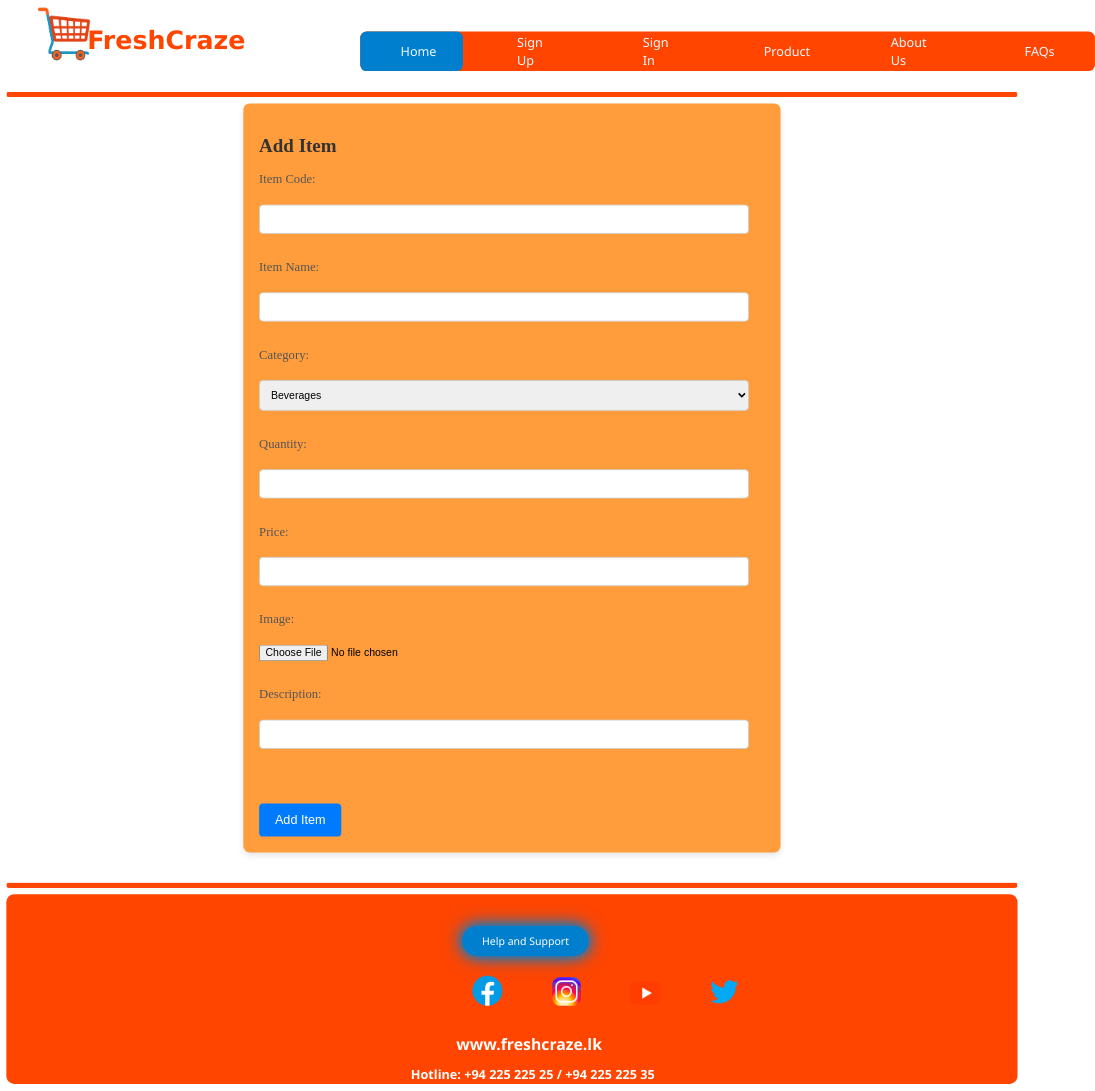
Repository: shanika2002/FreshCraze
Page: http://localhost/itemDem/updateItem.jsp
These files come from the project's save history. The page is drawn as it stood at one moment and after the next save; the edit follows.
The browser window is 1280 px wide. The page is 1386 px wide, so the pictures cover 1386 px, including what lies to the right of the window. The pictures show the whole page, at 79% of full size.
The page is served by Tomcat 9. Other server files are loaded and not shown.

Above is the page before, as saved 2024-05-11 06:48:13.

### itemDem/src/main/webapp/updateItem.jsp
<%@ page language="java" contentType="text/html; charset=ISO-8859-1"
    pageEncoding="ISO-8859-1"%>
<!DOCTYPE html>
<html>
<head>
<link rel = "stylesheet" href = "css/updateItem.css">
<meta charset="ISO-8859-1">
<title>Insert title here</title>
</head>
<body>

<img src="images\logo.png" class="logo" >

    <h1 class="logo_topic">FreshCraze</h1>

    <nav class="navbar">
        <a href="Home.jsp">Home</a>
        <a href="register.jsp">Sign Up</a>
        <a href="mainLogin.jsp">Sign In</a>
        <a href="addItem.jsp">Product</a>
        <a href="link">About Us</a>
        <a href="link">FAQs</a>
        <span></span>
    </nav>

<hr class="topic_line">


<div class="container">
<h2>Add Item</h2>
    <form action="updateItem" method="post" >
        <label for="item_code">Item Code:</label><br>
        <input type="text" id="item_code" name="itemCode" required value="${param.itemCode}"><br><br>

        <label for="item_name">Item Name:</label><br>
        <input type="text" id="item_name" name="itemName" required value="${param.itemName}"><br><br>

        <label for="category">Category:</label><br>
        <select id="category" name="category" required value="${param.category}">
            <option value="Beverages">Beverages</option>
            <option value="Choco & Snacks">Choco & Snacks</option>
            <option value="Food-Staples">Food-Staples</option>
            <option value="Laundry & Household">Laundry & Household</option>

        </select><br><br>

        <label for="quantity">Quantity:</label><br>
        <input type="number" id="quantity" name="quantity" min="0" required value="${param.quantity}"><br><br>

        <label for="price">Price:</label><br>
        <input type="text" id="price" name="price" required value="${param.price}"><br><br>

        <label for="image">Image:</label><br>
        <input type="file" id="image" name="image" value="${param.image}"><br><br>

        <label for="description">Description:</label><br>
        <input type="text" name="description"  required value="${param.description }"><br><br><br><br>

        <input type="submit" value="Add Item">
    </form>
</div>

<hr class="footer_line">

<div class="footer">
    <a href="link" target="_blank">
    <button type="button" class="help_button">Help and Support</button>
    </a>

    <div class="fb_icon">
        <a href="https://www.facebook.com/" target="_blank"><img src="images/facebook.png"></a>
    </div>

    <div class="insta_icon">
        <a href="https://www.instagram.com/" target="_blank"><img src="images/insta.png"></a>
    </div>

    <div class="twitt_icon">
        <a href="https://www.twitter.com/" target="_blank"><img src="images/Twitter.png"></a>
    </div>

    <div class="yt_icon">
        <a href="https://www.youtube.com/" target="_blank"><img src="images/yt.png"></a>
    </div>
</div>

<div class="contacts">
    <h1 class="link">www.freshcraze.lk</h1>
    <h1>Hotline: +94 225 225 25 / +94 225 225 35</h1>
</div>


</body>
</html>

### itemDem/src/main/webapp/css/updateItem.css
@charset "ISO-8859-1";

body{
    background-color: #ffffff;
    background-repeat: no-repeat;
    background-attachment: fixed;
    background-position: center;
    width: 100%;
}

.logo{
    width: 70px;
    height: 70px;
    margin-left: 3%;
}

.logo_topic{
    font-family: verdana;
    margin-left: 8%;
    margin-top: -3.9%;
    color: orangered;
}

.navbar{
    margin-left:35%;
    margin-top:-4%;
    padding: 0;
    box-sizing: border-box;
    font-family: 'Segoe UI';
    display: flex;
    justify-content:center;
    align-items: center;
    min-height: 5vh;

    position:relative;
    background-color: orangered;
    border-radius: 8px;
    width: 930px;
    height: 50px;
    display: flex;
}

nav a{
    position: relative;
    display: inline-block;
    font-size: 1em;
    font-weight: 500;
    color: aliceblue;
    text-decoration: none;
    padding: 51px;
    z-index: 1;
}

nav span{
    position: absolute;
    top: 0;
    left: 0;
    width: 130px;
    height: 100%;
    background-color:rgb(0, 127, 206);
    border-radius: 8px;
    transition: .3s;
}

nav a:nth-child(1):hover~span{
    left: 0;
    width: 400;
}

nav a:nth-child(2):hover~span{
    left: 170px;
    width: 110px;
}

nav a:nth-child(3):hover~span{
    left:300px;
    width: 110px;
}

nav a:nth-child(4):hover~span{
    left: 450px;
    width: 150px;
}

nav a:nth-child(5):hover~span{
    left: 650px;
    width: 110px;
}

nav a:nth-child(6):hover~span{
    left: 805px;
    width: 125px;
}



.topic_line{
    border: none;
    margin-top: 2%;
    border-top: 7px solid orangered;
    border-radius: 10px;
}

.help_button{
    box-shadow:0 0 15px rgb(0, 127, 206),0 0 25px rgb(0, 127, 206);
    border: none;
    width: 160px;
    margin-left: 44%;
    font-family: 'Segoe UI';
    padding: 10px 12px;
    color: #ffffff;
    background-color:rgb(0, 127, 206);
    border-radius: 20px;
}

.help_button:hover{
    box-shadow: 0 0 25px rgb(0, 127, 206);
}

.fb_icon{
    margin-left: 560px;
    margin-top: 20px;
}

.insta_icon{
    margin-left: 660px;
    margin-top: -51px;
}

.yt_icon{
    margin-left: 760px;
    margin-top: -51px;
}

.twitt_icon{
    margin-left: 860px;
    margin-top: -51px;
}

.container {
    width: 50%;
    margin: 0 auto;
    padding: 20px;
    border-radius: 8px;
    background-color: #ff9d3c;
    box-shadow: 0 4px 8px rgba(0, 0, 0, 0.1);
}

h2 {
    margin-bottom: 20px;
    color: #333;
}

form {
    width: 100%;
}

label {
    display: block;
    margin-bottom: 5px;
    color: #555;
}

input[type="text"],
input[type="number"],
select,
textarea {
    width: calc(100% - 20px);
    padding: 10px;
    margin-bottom: 15px;
    border: 1px solid #ccc;
    border-radius: 5px;
    box-sizing: border-box;
}

input[type="file"] {
    margin-bottom: 15px;
}

input[type="submit"] {
    background-color: #007bff;
    color: #fff;
    padding: 12px 20px;
    border: none;
    border-radius: 5px;
    cursor: pointer;
    font-size: 16px;
}

input[type="submit"]:hover {
    background-color: #0056b3;
}


select option:checked {
    font-weight: bold;
    color: #007bff;
}


.footer{
    height: 200px;
    background-color: orangered;
    padding-top: 40px;
    padding-left: 25px;
    border-radius: 10px;
}

.footer_line{
    border: none;
    margin-top: 3%;
    border-top: 7px solid orangered;
    border-radius: 10px;
}

.contacts{
    font-size: 8px;
    color:rgb(255, 255, 255);
    font-family: 'Segoe UI';
    margin-left: 40%;
    margin-top: -5%;
}

.link{
    font-size: 20px ;
    margin-top: -6%;
    margin-left: 7.5%;
}

After the next save:
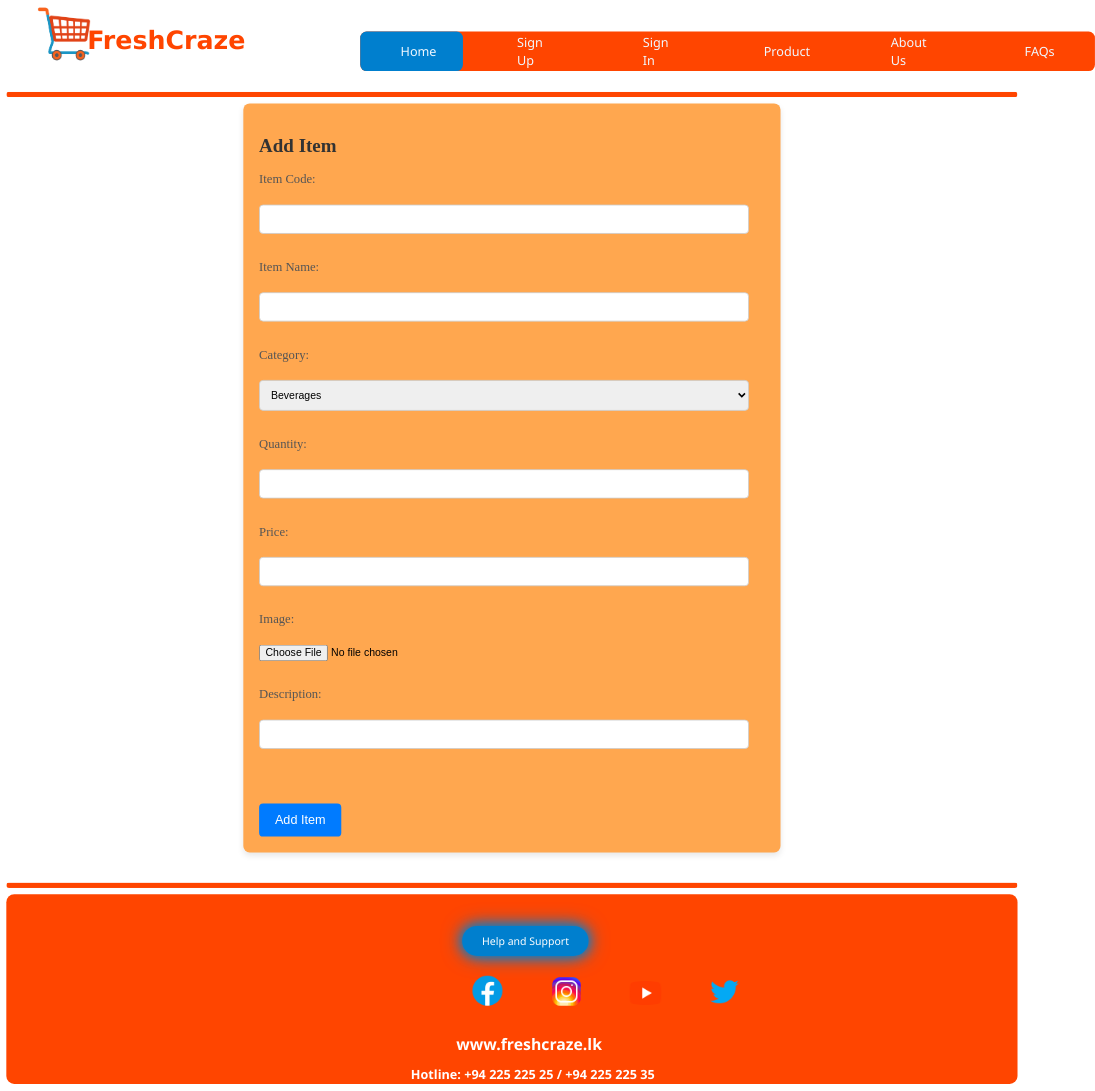
Saved 44 s later.
--- a/itemDem/src/main/webapp/css/updateItem.css
+++ b/itemDem/src/main/webapp/css/updateItem.css
@@ -142,7 +142,7 @@ nav a:nth-child(6):hover~span{
     margin: 0 auto;
     padding: 20px;
     border-radius: 8px;
-    background-color: #ff9d3c;
+    background-color: #ffa74f;
     box-shadow: 0 4px 8px rgba(0, 0, 0, 0.1);
 }
 
